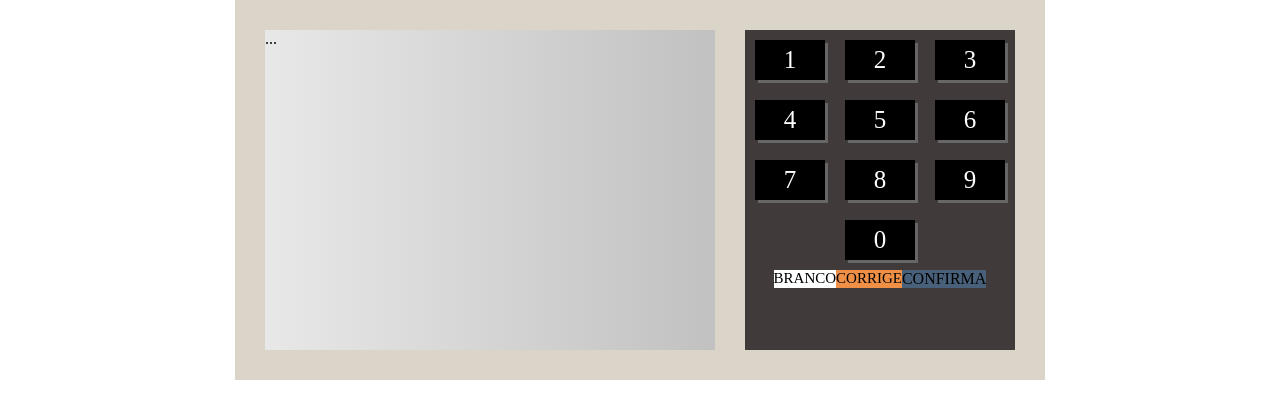
Repository: ThiagoIturra/urnaJs
Page: index.html
These files come from the project's save history. The page is drawn as it stood at one moment and after the next save; the edit follows.
The browser window is 1280 px wide. The pictures show the whole page.

Above is the page before, as saved 2022-01-05 16:09:13.

After the next save:
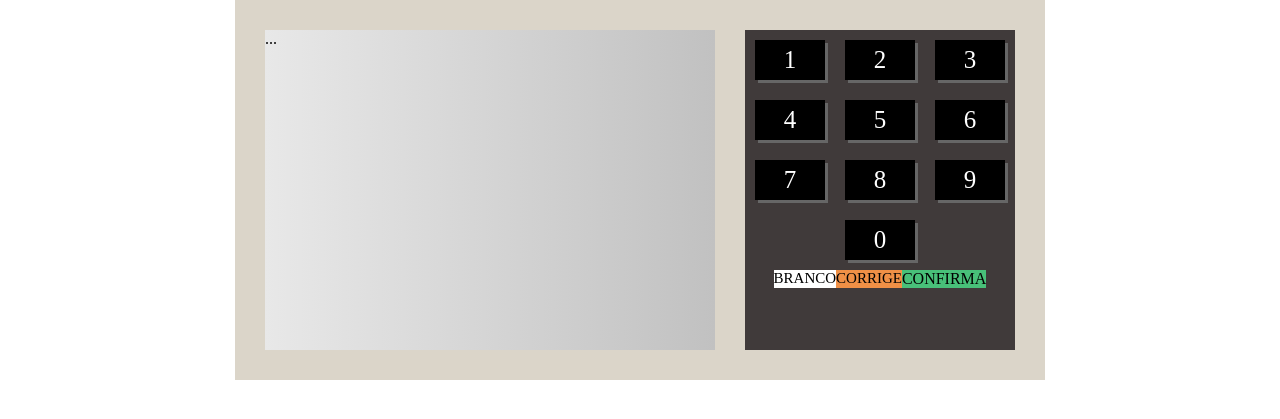
Saved 11 s later.
--- a/style.css
+++ b/style.css
@@ -54,5 +54,5 @@ body {
 }
 
 .keyboard--button--confirma {
-    background-color: #486079;
+    background-color: #48c079;
 }
